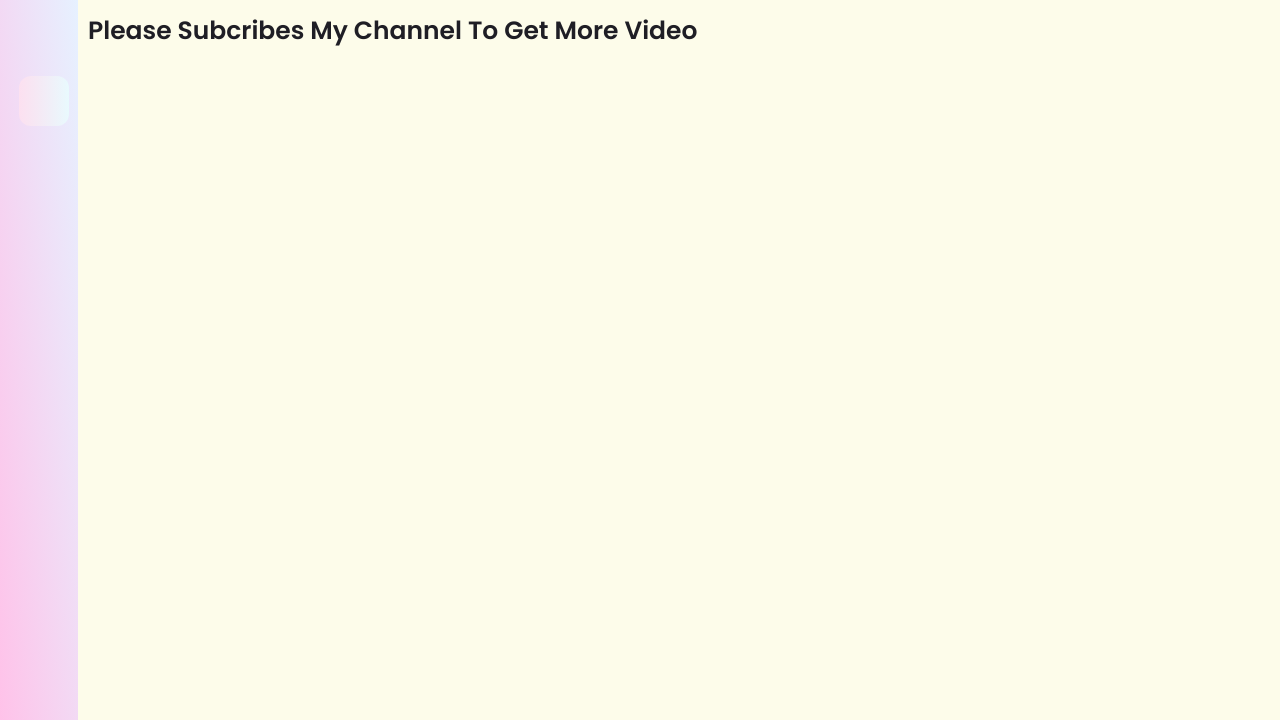
Repository: Dien973/expense_manager
Page: http://localhost/expense_manager/user_page/home.php
These files come from the project's save history. The page is drawn as it stood at one moment and after the next save; the edit follows.
The browser window is 1280 px wide. The pictures show the whole page.
The page is run by PHP 8.4 with error messages shown; the project is at /var/www/html/.

Above is the page before, as saved 2025-12-05 19:06:50.

After the next save:
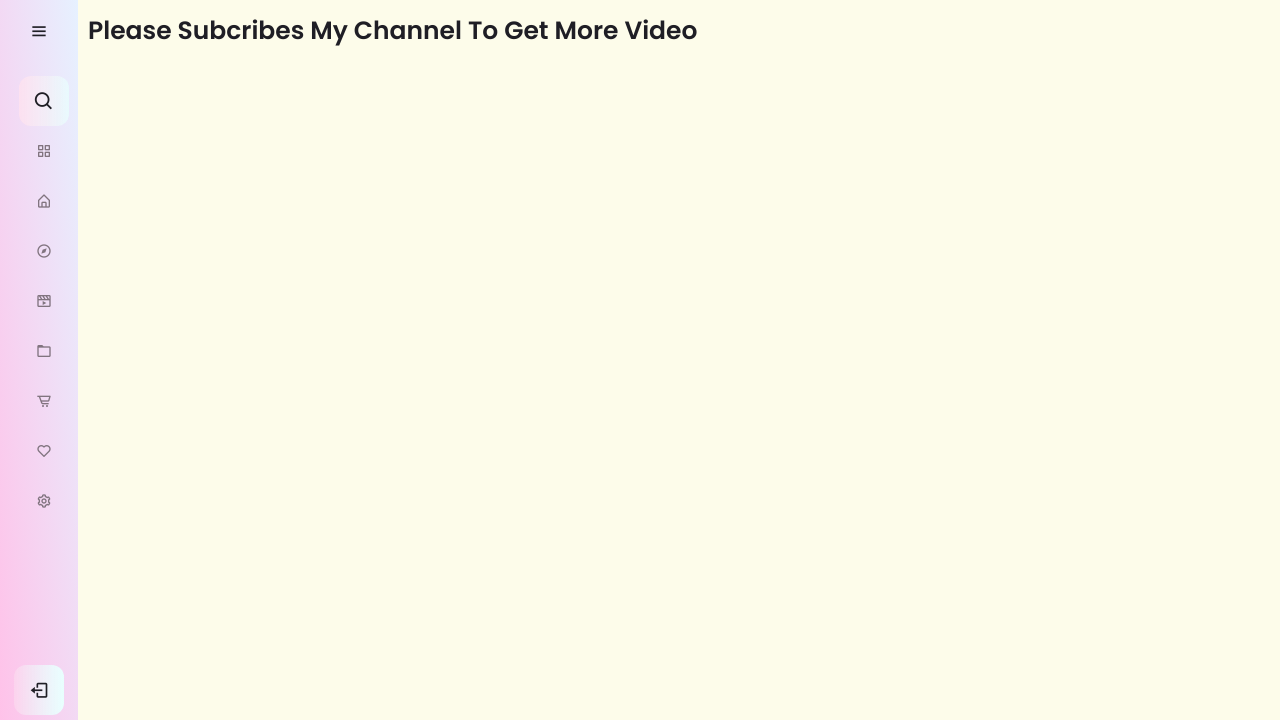
Saved 34 s later.
--- a/user_page/home.php
+++ b/user_page/home.php
@@ -14,6 +14,7 @@ session_start();
 
    <!-- font awesome cdn link  -->
    <link rel="stylesheet" href="https://cdnjs.cloudflare.com/ajax/libs/font-awesome/6.0.0/css/all.min.css">
+   <link href='https://unpkg.com/boxicons@2.0.9/css/boxicons.min.css' rel='stylesheet'>
 
    <!-- custom css file link  -->
    <link rel="stylesheet" href="../css/main.css">
